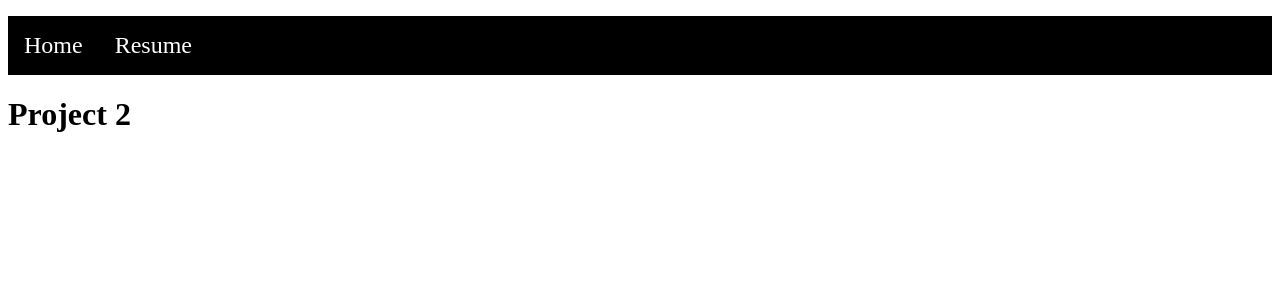
Repository: GunnarStone/GunnarStone.github.io
Page: project2.html
The author's editor kept a record of every edit. The page is drawn from the files as they stood at one moment, then again after the next edit.
The browser window is 1280 px wide. The pictures show the whole page.

Above is the page before.

After the next edit:
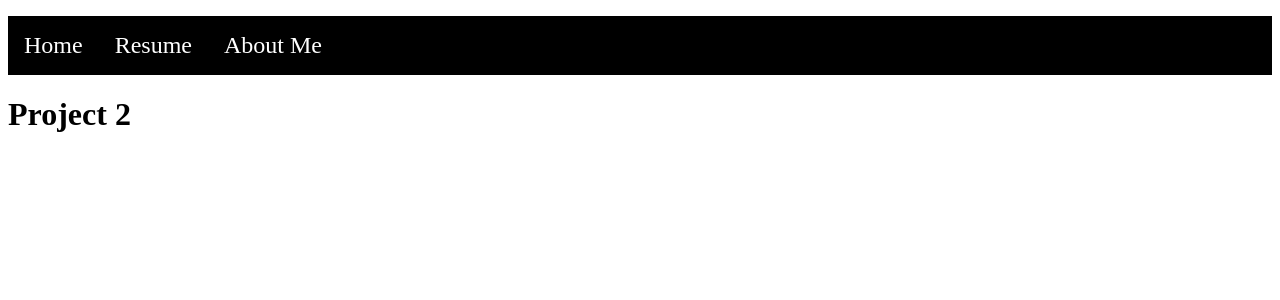
The edit:
--- a/project2.html
+++ b/project2.html
@@ -8,6 +8,7 @@
     <ul class=navbar>
         <li><a href="index.html">Home</a></li>
         <li><a href="resume.html">Resume</a></li>
+        <li><a href="aboutme.html">About Me</a></li>
         <li class="dropdown">
             <div class="youreOmegaSpecial" >Projects</div>
             <ul class="dropdown-cnt">
